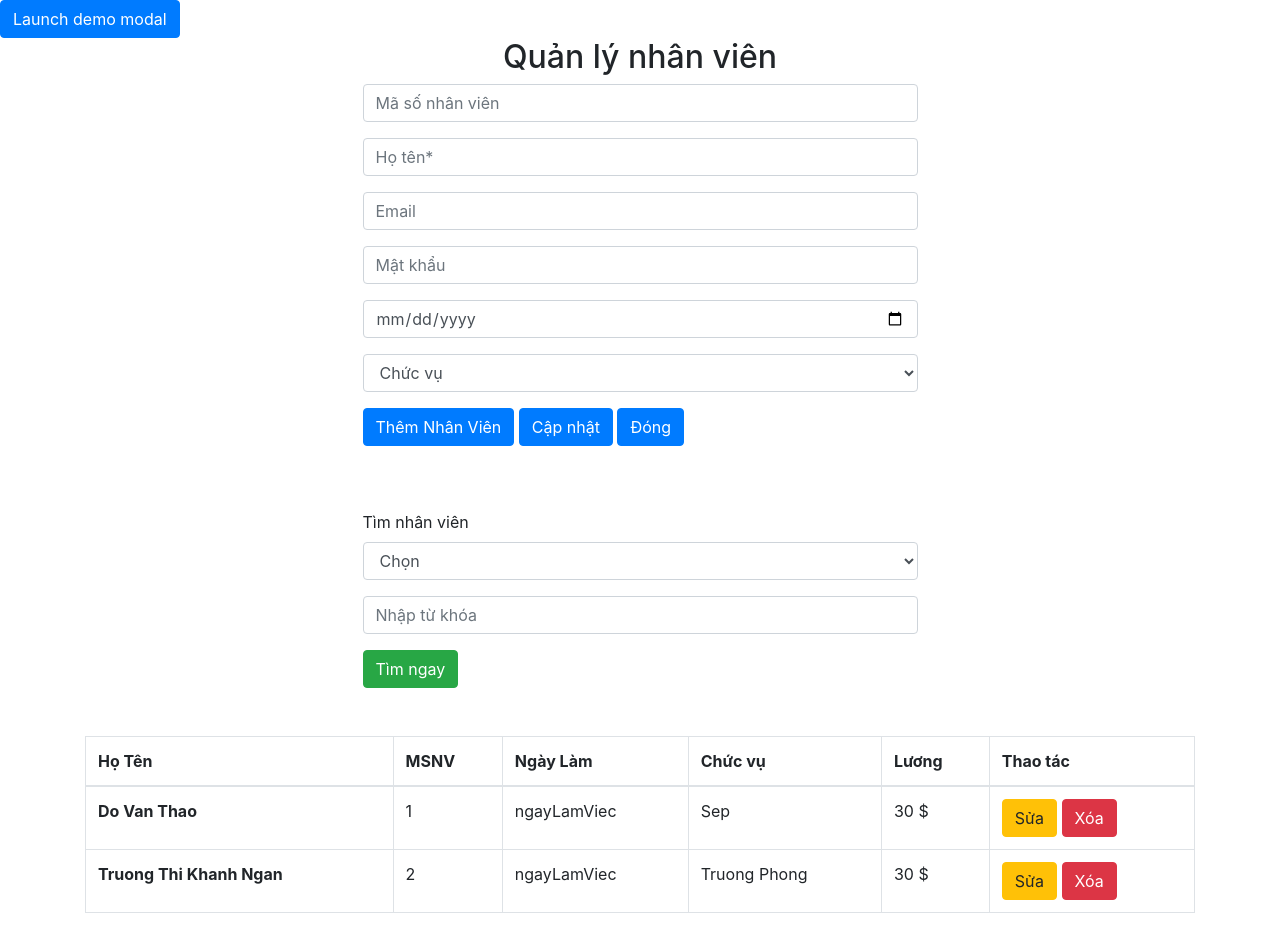
Repository: dovanthao2404/quanlynhanvien
Page: index.html
The author's editor kept a copy of each file at every save. The page is drawn from the files as they stood at one save, then again after a run of saves.
The browser window is 1280 px wide. The pictures show the whole page.

Above is the page before, as saved 2021-06-30 01:04:21.

### index.html
<!DOCTYPE html>
<html lang="en">

<head>
  <meta charset="UTF-8">
  <meta http-equiv="X-UA-Compatible" content="IE=edge">
  <meta name="viewport" content="width=device-width, initial-scale=1.0">
  <title>Quan Ly Nhan Vien</title>
  <!-- BOOTSTRAP  -->
  <link rel="stylesheet" href="https://cdn.jsdelivr.net/npm/bootstrap@4.6.0/dist/css/bootstrap.min.css"
    integrity="sha384-B0vP5xmATw1+K9KRQjQERJvTumQW0nPEzvF6L/Z6nronJ3oUOFUFpCjEUQouq2+l" crossorigin="anonymous">
  <!-- MAIN CSS -->
  <link rel="stylesheet" href="./css/style.css">
</head>

<body>
  <!-- Button trigger modal -->
  <button type="button" class="btn btn-primary" data-toggle="modal" data-target="#exampleModal">
    Launch demo modal
  </button>

  <!-- Modal -->
  <div class="main">

    <div class="modal fade" id="exampleModal" tabindex="-1" aria-labelledby="exampleModalLabel" aria-hidden="true">
      <div class="modal-dialog">
        <div class="modal-content">
          <div class="modal-header">
            <h2 id="header-title" class="modal-title">Quản lý nhân viên</h2>
            <button type="button" class="close" data-dismiss="modal" aria-label="Close">
              <span aria-hidden="true">&times;</span>
            </button>
          </div>
          <div class="modal-body">
            <div class="form-group">
              <input type="text" class="form-control" id="msnv" placeholder="Mã số nhân viên">
              <span id="thongBaoMNV" class="sp-thongbao text-danger"></span>
            </div>
            <div class="form-group">
              <input type="text" class="form-control" id="hoTen" placeholder="Họ tên*">
              <span id="thongBaoHo" class="sp-thongbao text-danger"></span>
            </div>
            <div class="form-group">
              <input type="text" class="form-control" id="email" placeholder="Email">
              <span id="thongBaoMNV" class="sp-thongbao text-danger"></span>
            </div>
            <div class="form-group">
              <input type="password" class="form-control" id="matKhau" placeholder="Mật khẩu">
              <span id="thongBaoMNV" class="sp-thongbao text-danger"></span>

            </div>
            <div class="form-group">
              <input type="date" class="form-control" id="ngayLam">
              <span id="thongBaoNgayLam" class="sp-thongbao text-danger"></span>

            </div>
            <div class="form-group">
              <select id="chucVu" class="form-control">
                <option selected>Chức vụ</option>
                <option>Sếp</option>
                <option>Trưởng Phòng</option>
                <option>Nhân Viên</option>
              </select>
              <span id="thongBaoChucVu" class="sp-thongbao text-danger"></span>

            </div>
            <div class="form-group">

              <button class="btn btn-primary" type="button" id="btnThemNhanVien">Thêm Nhân Viên</button>
              <button class="btn btn-primary" type="button" id="btnCapNhat">Cập nhật</button>
              <button class="btn btn-primary" type="button" id="btnDong">Đóng</button>
            </div>

          </div>
          <div class="modal-footer">
            <button type="button" class="btn btn-secondary" data-dismiss="modal">Close</button>
            <button type="button" class="btn btn-primary">Save changes</button>
          </div>
        </div>
      </div>
    </div>
    <div class="add-staff">
      <div class="container">
        <form>
          <div class="row">
            <div class="col">
              <div class="add-staff__content w-50 mx-auto">
                <div class="add-staff-title">
                  <h2 id="header-title" class="text-center">Quản lý nhân viên</h2>
                </div>
                <div class="form-group">
                  <input type="text" class="form-control" id="msnv" placeholder="Mã số nhân viên">
                  <span id="thongBaoMNV" class="sp-thongbao text-danger"></span>
                </div>
                <div class="form-group">
                  <input type="text" class="form-control" id="hoTen" placeholder="Họ tên*">
                  <span id="thongBaoHo" class="sp-thongbao text-danger"></span>
                </div>
                <div class="form-group">
                  <input type="text" class="form-control" id="email" placeholder="Email">
                  <span id="thongBaoMNV" class="sp-thongbao text-danger"></span>
                </div>
                <div class="form-group">
                  <input type="password" class="form-control" id="matKhau" placeholder="Mật khẩu">
                  <span id="thongBaoMNV" class="sp-thongbao text-danger"></span>

                </div>
                <div class="form-group">
                  <input type="date" class="form-control" id="ngayLam">
                  <span id="thongBaoNgayLam" class="sp-thongbao text-danger"></span>

                </div>
                <div class="form-group">
                  <select id="chucVu" class="form-control">
                    <option selected>Chức vụ</option>
                    <option>Sếp</option>
                    <option>Trưởng Phòng</option>
                    <option>Nhân Viên</option>
                  </select>
                  <span id="thongBaoChucVu" class="sp-thongbao text-danger"></span>

                </div>
                <div class="form-group">

                  <button class="btn btn-primary" type="button" id="btnThemNhanVien">Thêm Nhân Viên</button>
                  <button class="btn btn-primary" type="button" id="btnCapNhat">Cập nhật</button>
                  <button class="btn btn-primary" type="button" id="btnDong">Đóng</button>
                </div>
              </div>
            </div>
          </div>

        </form>
      </div>
    </div>
    <div class="search-staff my-5">
      <div class="container">
        <div class="add-staff__content w-50 mx-auto">
          <div class="form-group">
            <label for="">Tìm nhân viên</label>
            <select id="" class="form-control">
              <option selected>Chọn</option>
              <option>Theo Tên</option>
              <option>Theo mã</option>
            </select>
            <span class="sp-thongbao text-danger"></span>
          </div>
          <div class="form-group">
            <input class="form-control" type="text" placeholder="Nhập từ khóa">
          </div>
          <div class="form-group">
            <input class="btn btn-success" type="button" value="Tìm ngay">
          </div>
        </div>
      </div>
    </div>
  </div>

  <div class="list-staff">
    <div class="container">
      <div id="list-staff__content">
        <table id="danhSachNhanVien" class="table table-bordered">
          <thead>
            <tr>
              <th scope="col">Họ Tên</th>
              <th scope="col">MSNV</th>
              <th scope="col">Ngày Làm</th>
              <th scope="col">Chức vụ</th>
              <th scope="col">Lương</th>
              <th scope="col">Thao tác</th>
            </tr>
          </thead>
          <tboby>
            <tr>
              <th scope="row">a</th>
              <td>Jacob</td>
              <td>Thornton</td>
              <td>@fat</td>
              <td>Jacob</td>
              <td>
                <button class="btn btn-warning" id="sua">Sửa</button>
                <button class="btn btn-danger" id="xoa">Xóa</button>
              </td>
            </tr>
          </tboby>
        </table>
      </div>
    </div>
  </div>
  <!-- BOOSTRAP -->
  <script src="https://code.jquery.com/jquery-3.5.1.slim.min.js"
    integrity="sha384-DfXdz2htPH0lsSSs5nCTpuj/zy4C+OGpamoFVy38MVBnE+IbbVYUew+OrCXaRkfj"
    crossorigin="anonymous"></script>
  <script src="https://cdn.jsdelivr.net/npm/bootstrap@4.6.0/dist/js/bootstrap.bundle.min.js"
    integrity="sha384-Piv4xVNRyMGpqkS2by6br4gNJ7DXjqk09RmUpJ8jgGtD7zP9yug3goQfGII0yAns"
    crossorigin="anonymous"></script>
  <script src="./js/NhanVien.js"></script>
  <script src="js/CongTy.js"></script>
  <script src="js/main.js"></script>
</body>

</html>

### js/NhanVien.js
class NhanVien {

  constructor(maNV, hoTen, email, matKhau, ngayLamViec, chucVu) {
    this.maNV = maNV;
    this.hoTen = hoTen;
    this.email = email;
    this.matKhau = matKhau;
    this.ngayLamViec = ngayLamViec;
    this.chucVu = chucVu;
    this.mangDoiChieu = [this.maNV, this.hoTen, this.email
      , this.matKhau, this.ngayLamViec, this.chucVu];
  }
}

### js/CongTy.js
class CongTy {
  constructor() {
    this.DanhSachNhanVien = [];
  }
  // Phương thức thêm nhân viên mới vào mảng (thuộc tính) DanhSachNhanVien
  ThemNhanVien(nhanVienMoi) {
    this.DanhSachNhanVien = [...this.DanhSachNhanVien, nhanVienMoi];
  }

  // Phước thức tìm nhân viên theo mã nhân viên, trả về vị trí nhân viên trong mảng DanhSachNhanVien
  TimViTriNhanVien(maNV) {
    // return this.DanhSachNhanVien.find(nhanVien => nhanVien.maNV === maNV)
    for (let viTri in this.DanhSachNhanVien) {
      if (this.DanhSachNhanVien[viTri].maNV === maNV) {
        return viTri;
      }
    }
    return -1;
  }

  // Tìm nhân viên theo mã trả về nhân viên
  TimNhanVienTheoMa(maNV) {
    let viTri = this.TimViTriNhanVien(maNV);
    if (viTri != -1) {
      return this.DanhSachNhanVien[viTri];
    } else {
    }
  }

  // Xóa nhân viên theo mã
  XoaNhanVien(maNV) {
    let viTri = this.TimViTriNhanVien(maNV);
    if (viTri != -1) {
      this.DanhSachNhanVien.splice(viTri, 1);
    } else {
    }
  }

  // Sửa nhân viên
  SuaNhanVien(nhanVien) {
    let viTri = this.TimViTriNhanVien(nhanVien.maNV);
    this.DanhSachNhanVien[viTri] = nhanVien;
  }

  // Tìm nhân viên theo tên --> trả về danh sách nhân viên
  TimNhanVienTheoTen(hoTen) {
    let dskq = new CongTy();
    hoTen = hoTen.trim().toUpperCase();
    for (let nhanVien of this.DanhSachNhanVien) {
      let hoTenNV = nhanVien.hoTen.trim().toUpperCase();
      if (hoTenNV.search(hoTen) !== -1) {
        dskq.ThemNhanVien(nhanVien);
      }
    }
    return dskq;
  }
}

### js/main.js
function getEle(ele) {
  return document.getElementById(ele);
}

var congTy = new CongTy();
var nhanVienMoi = new NhanVien('1', "Do Van Thao", 'abc@gmail.com', 'truongthikhanhngan', 'ngayLamViec', 'Sep');
congTy.ThemNhanVien(nhanVienMoi);
nhanVienMoi = new NhanVien('2', "Truong Thi Khanh Ngan", 'abc@gmail.com', 'truongthikhanhngan', 'ngayLamViec', 'Truong Phong');
congTy.ThemNhanVien(nhanVienMoi);

// Ham goi modal popup: Them Nhan Vien or Sua thong tin nhan vien
GoiModal = (modal_title, readonly = false, type = 1) => {
  // type = 1: them nhan vien, type = 2: sua thong tin
  getEle('header-title').innerHTML = modal_title;
  getEle('msnv').readonly = readonly;

  switch (type) {
    case 1: //Them nhanVien
      getEle("btnThemNhanVien").style.display = "inline-block";
      getEle("btnCapNhat").style.display = "none";
      getEle("btnDong").style.display = "inline-block";
      break;

    case 2:
      getEle("btnCapNhat").style.display = "inline-block";
      getEle("btnThemNhanVien").style.display = "none";
      getEle("btnDong").style.display = "inline-block";
      break;
  }
}

// Reset form
XoaForm = () => {
  let elements = document.getElementsByTagName('input');
  for (let element of elements) {
    element.value = '';
  }
  document.getElementById('chucVu').selectedIndex = 0;
}

let trangHienThi = 1;
HienThiDanhSach = (dsnv) => {
  var tbody = document.querySelector('table tbody');
  var htmls = '';
  let soNV = dsnv.length;
  for (let i = 0; i < soNV; i++) {
    htmls += `<tr>
          <th scope="row">${dsnv[i].hoTen}</th>
          <td>${dsnv[i].maNV}</td>
          <td>${dsnv[i].ngayLamViec}</td>
          <td>${dsnv[i].chucVu}</td>
          <td>30 $</td>
          <td>
            <button class="btn btn-warning" id="sua">Sửa</button>
            <button class="btn btn-danger" id="xoa">Xóa</button>
          </td>
        </tr>`
  }
  tbody.innerHTML = htmls;
}
HienThiDanhSach(congTy.DanhSachNhanVien);

Loaded but not shown: css/style.css (common file)

After the next 2 saves:
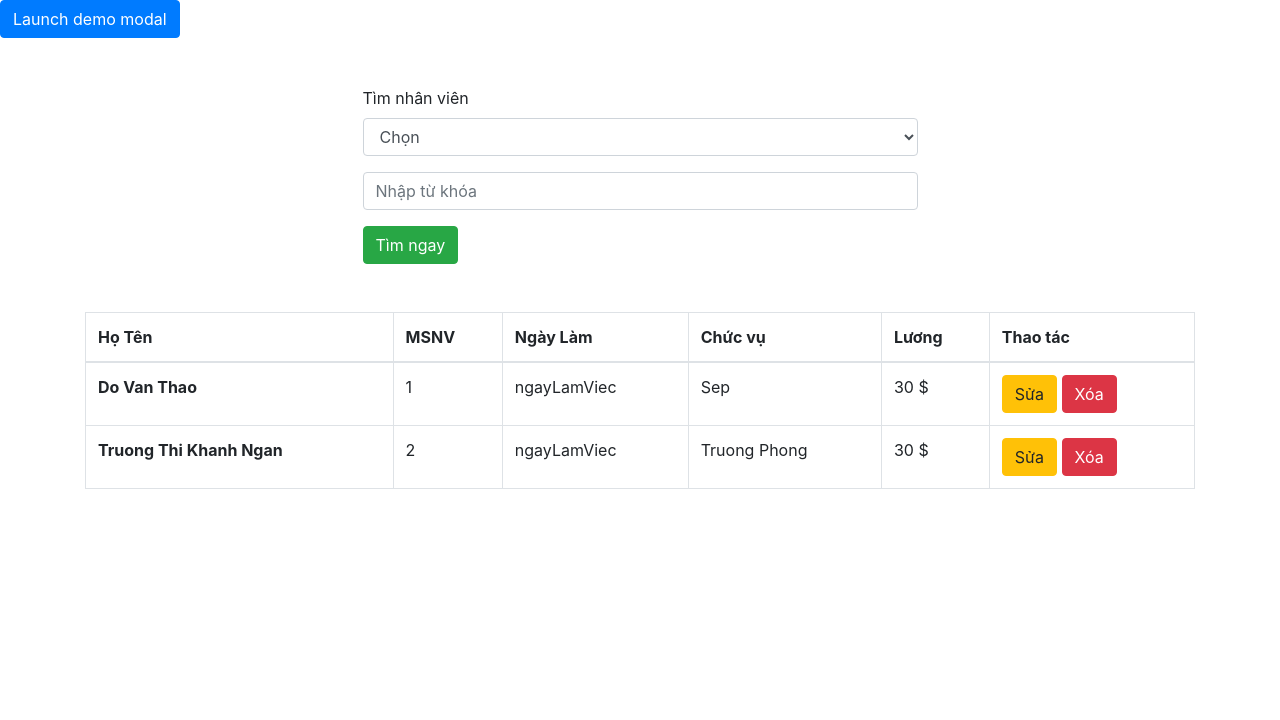
The 2 saves are shown as one change because they came seconds apart.
The last was saved 22 s later.
--- a/index.html
+++ b/index.html
@@ -79,60 +79,6 @@
         </div>
       </div>
     </div>
-    <div class="add-staff">
-      <div class="container">
-        <form>
-          <div class="row">
-            <div class="col">
-              <div class="add-staff__content w-50 mx-auto">
-                <div class="add-staff-title">
-                  <h2 id="header-title" class="text-center">Quản lý nhân viên</h2>
-                </div>
-                <div class="form-group">
-                  <input type="text" class="form-control" id="msnv" placeholder="Mã số nhân viên">
-                  <span id="thongBaoMNV" class="sp-thongbao text-danger"></span>
-                </div>
-                <div class="form-group">
-                  <input type="text" class="form-control" id="hoTen" placeholder="Họ tên*">
-                  <span id="thongBaoHo" class="sp-thongbao text-danger"></span>
-                </div>
-                <div class="form-group">
-                  <input type="text" class="form-control" id="email" placeholder="Email">
-                  <span id="thongBaoMNV" class="sp-thongbao text-danger"></span>
-                </div>
-                <div class="form-group">
-                  <input type="password" class="form-control" id="matKhau" placeholder="Mật khẩu">
-                  <span id="thongBaoMNV" class="sp-thongbao text-danger"></span>
-
-                </div>
-                <div class="form-group">
-                  <input type="date" class="form-control" id="ngayLam">
-                  <span id="thongBaoNgayLam" class="sp-thongbao text-danger"></span>
-
-                </div>
-                <div class="form-group">
-                  <select id="chucVu" class="form-control">
-                    <option selected>Chức vụ</option>
-                    <option>Sếp</option>
-                    <option>Trưởng Phòng</option>
-                    <option>Nhân Viên</option>
-                  </select>
-                  <span id="thongBaoChucVu" class="sp-thongbao text-danger"></span>
-
-                </div>
-                <div class="form-group">
-
-                  <button class="btn btn-primary" type="button" id="btnThemNhanVien">Thêm Nhân Viên</button>
-                  <button class="btn btn-primary" type="button" id="btnCapNhat">Cập nhật</button>
-                  <button class="btn btn-primary" type="button" id="btnDong">Đóng</button>
-                </div>
-              </div>
-            </div>
-          </div>
-
-        </form>
-      </div>
-    </div>
     <div class="search-staff my-5">
       <div class="container">
         <div class="add-staff__content w-50 mx-auto">
